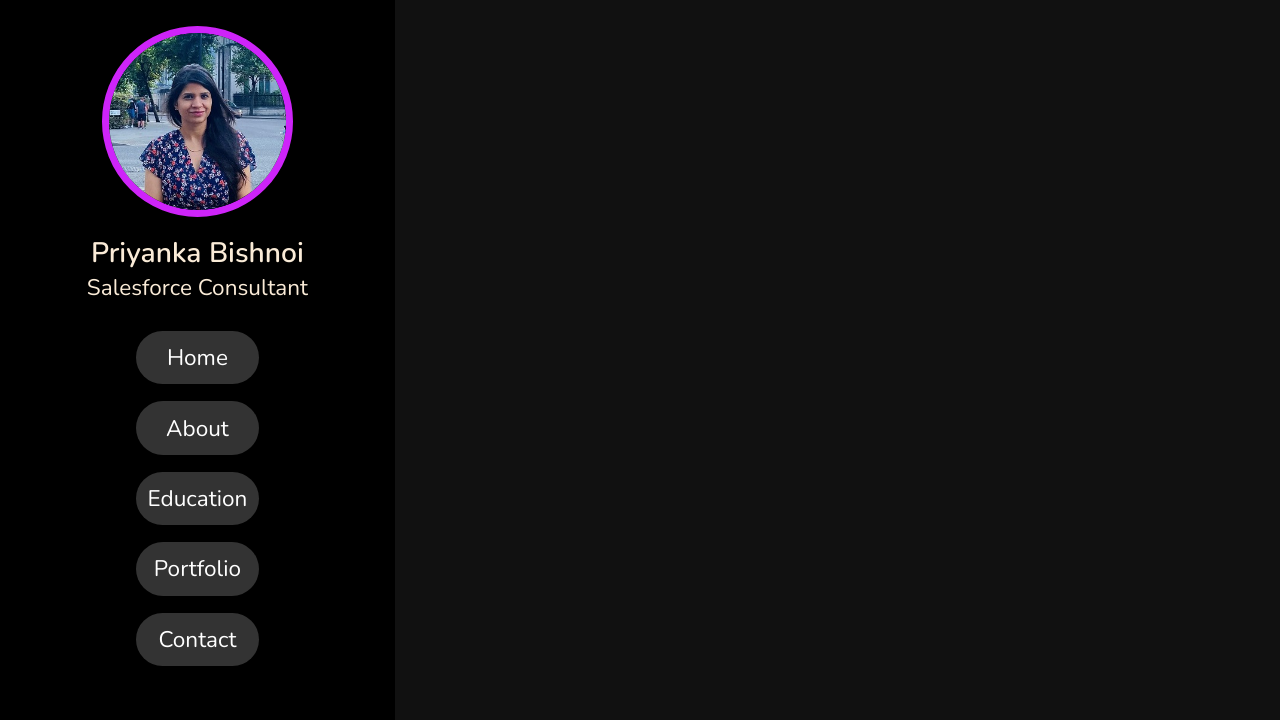
Repository: priyanka-bishnoi/PortfolioPage
Page: MyPage.html
The author's editor kept a copy of each file at every save. The page is drawn from the files as they stood at one save, then again after the next save.
The browser window is 1280 px wide. The pictures show the whole page.

Above is the page before, as saved 2022-10-08 16:10:27.

### MyPage.html
<!DOCTYPE html>
<html>
<head>
    <link rel="stylesheet" href="css/style.css">

</head>
<body>
<header>
    <div class= "user">
        <img src="Background1.jpg"/>
        <h1 class="name" >Priyanka Bishnoi</h1>
        <p class="post" >Salesforce Consultant</p>
    </div>

    <nav class="navBar">
        <ul>
            <li> <a href="#home">Home</a></li>
            <li> <a href="#about">About</a></li>
            <li> <a href="#education">Education</a></li>
            <li> <a href="#portfolio">Portfolio</a></li>
            <li> <a href="#contact">Contact</a></li>

        </ul>


    </nav>


</header>
</body>
</html>

### css/style.css
@import url('https://fonts.googleapis.com/css2?family=Nunito:wght@200;300;400;600&display=swap');
:root{
    --orange:#ce24f9;
}
*{
    font-family: 'Nunito', sans-serif;
    margin:0;
    padding:0;
    box-sizing:border-box;
    text-decoration:none;
    text-transform:capitalize;
    transition:all .2s linear;
}
html {
    font-size:70.5%;
    overflow-x:hidden;
}
body {
    background:black;
    overflow-x: hidden;
}
header {
    position:fixed;
    top:0; left:0;
    z-index:1000;
    height:100%;
    width:35rem;
    background:black;
    display:flex;
    align-items: center;
    justify-content: center;
    flex-flow: column;
    text-align: center;
}
body{
    background: #111;
}
header .user img {
    height: 17rem;
    width: 17rem;
    border-radius: 50%;
    object-fit: cover;
    margin-bottom: 1rem;
    border: 0.7rem solid var(--orange);
}
header .user .name {
    font-size: 2.5rem;
    color: antiquewhite;
}
header .user .post{
    font-size: 2rem;
    color: antiquewhite;
}

header .navBar {
    font-size : 2rem;
}
header .navBar ul{
    list-style: none;
    padding:1rem 2rem;
}
header .navBar ul li a{
    display: block;
    padding:1rem;
    margin:1.5rem 0;
    background:#333;
    color:#fff;
    font-size: 2rem;
    border-radius: 5rem;
}

header .navBar ul li a:hover{
    background:#fff;
}

After the next save:
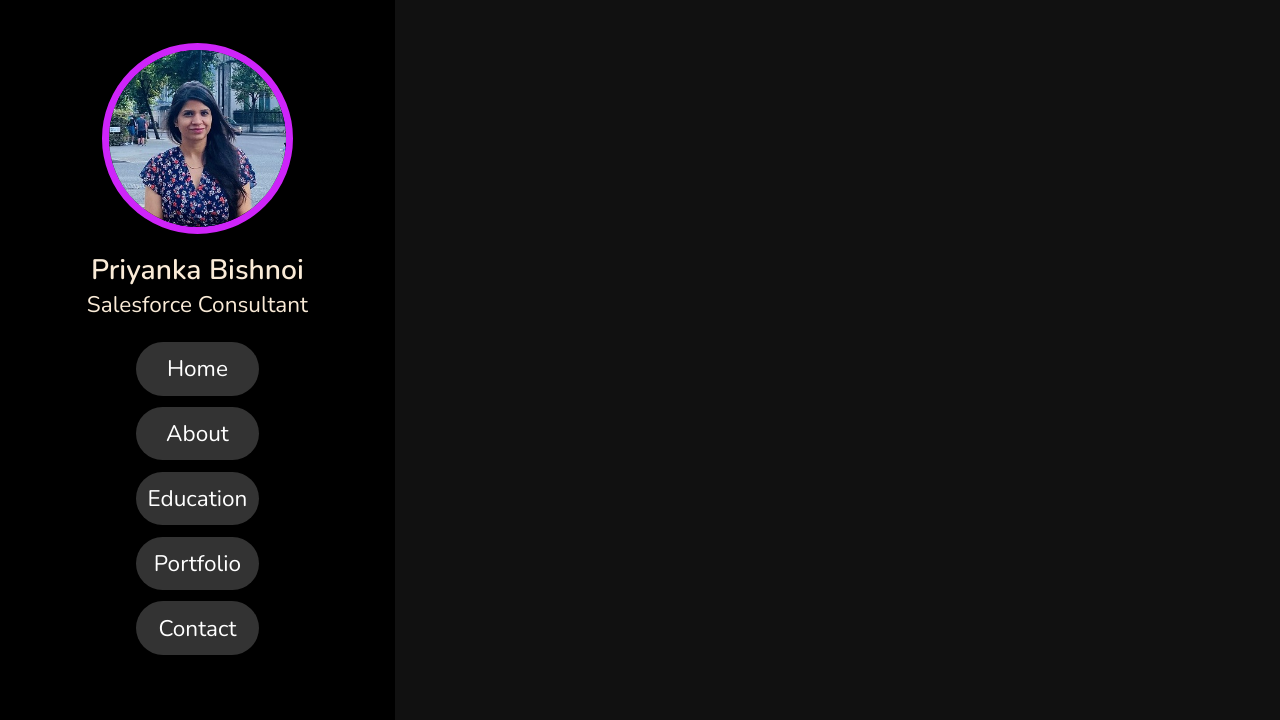
Saved 86 s later.
--- a/css/style.css
+++ b/css/style.css
@@ -62,7 +62,7 @@ header .navBar ul{
 header .navBar ul li a{
     display: block;
     padding:1rem;
-    margin:1.5rem 0;
+    margin:1rem 0;
     background:#333;
     color:#fff;
     font-size: 2rem;

After the save that followed:
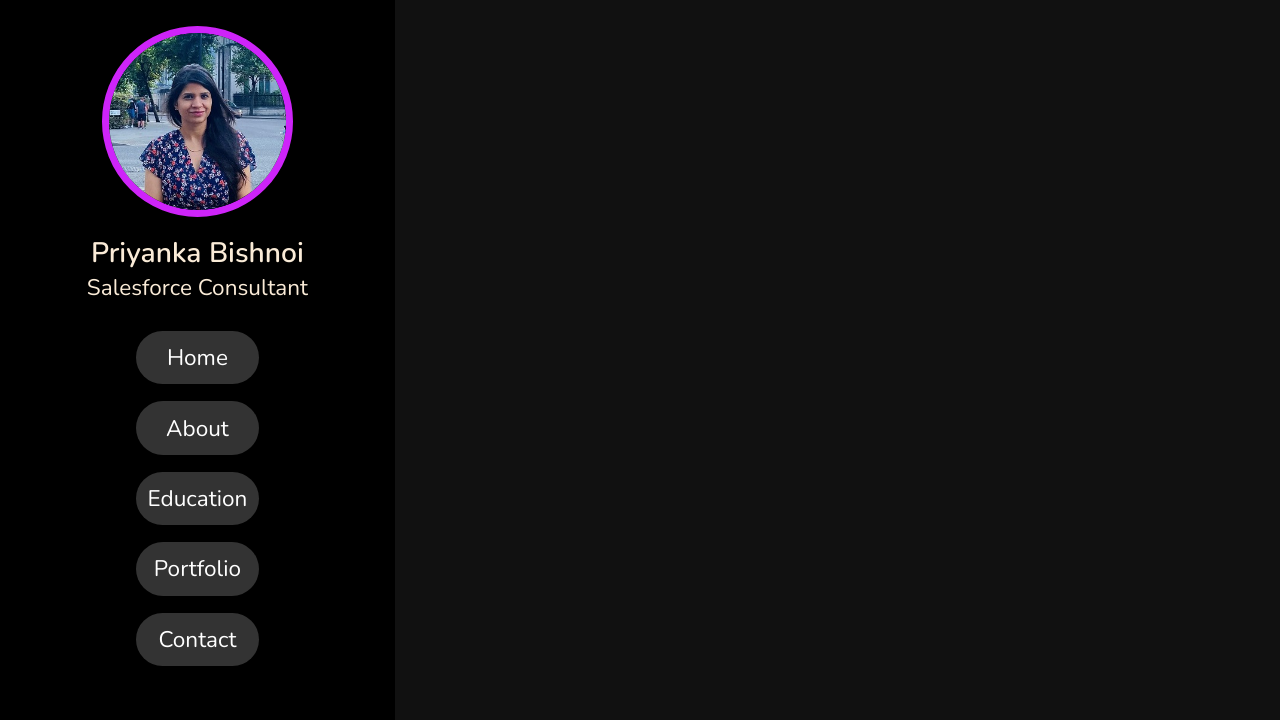
Saved 10 s later.
--- a/css/style.css
+++ b/css/style.css
@@ -62,7 +62,7 @@ header .navBar ul{
 header .navBar ul li a{
     display: block;
     padding:1rem;
-    margin:1rem 0;
+    margin:1.5rem 0;
     background:#333;
     color:#fff;
     font-size: 2rem;
